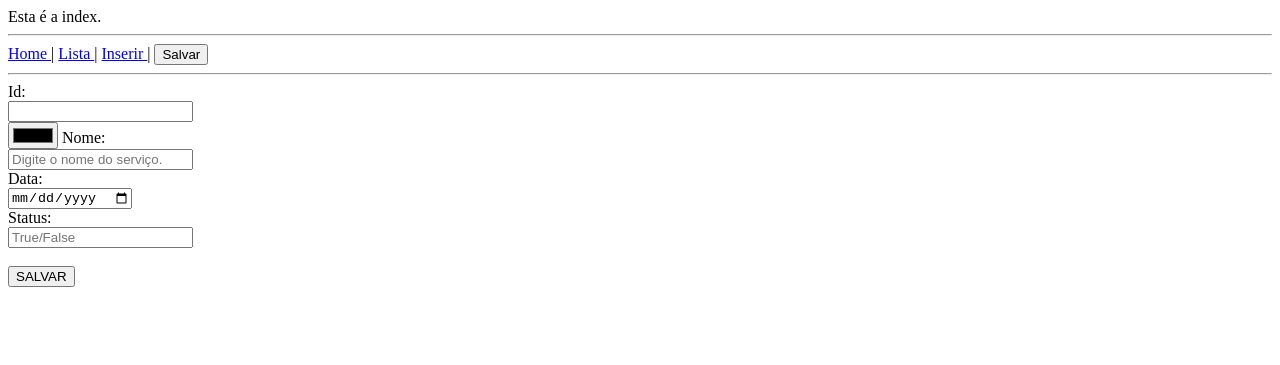
Repository: vivian-nakano/Projetos-Spring
Page: webmvc/src/main/resources/index.html
An editor plug-in stored every save of this project. The page is shown before and after the next save, followed by the edit.
The browser window is 1280 px wide. The pictures show the whole page.
Some web libraries are served in a nearby version.

Above is the page before, as saved 2020-11-05 12:52:50.

### webmvc/src/main/resources/index.html
<!DOCTYPE html>
<html>
<head>
<meta charset="ISO-8859-1">
<title>Insert title here</title>

<script src="https://ajax.googleapis.com/ajax/libs/angularjs/1.6.9/angular.min.js"></script>
<!--faz veiculação com angular-->
<script src="controller.js"></script>

</head>
<body>

	Esta é a index.
	<hr>

	<a href="index.html"> Home </a> |
	<a href="lista.html"> Lista </a> |
	<a href="inserir.html"> Inserir </a> |
	<a href="inserir.html"> <button>Salvar</button></a>

	<hr>
	<form>
	Id: <br><input type="number" ng-model="id" readonly> <br>
	<input type="color">
	Nome: <br><input type="text" ng-model="nome" size="20" placeholder="Digite o nome do serviço."> <br>
	Data: <br><input type="date" ng-model="data" required> <br>
	Status: <br><input type="text" ng-model="pago" placeholder="True/False"> <br>
	<br>
	<!--<input type="submit"> -->
	<button ng-click="save"> SALVAR </button>

	</form>

</body>
</html>

Loaded but not shown: webmvc/src/main/resources/static/controller.js (no copy from this time; the picture is the same without it)

After the next save:
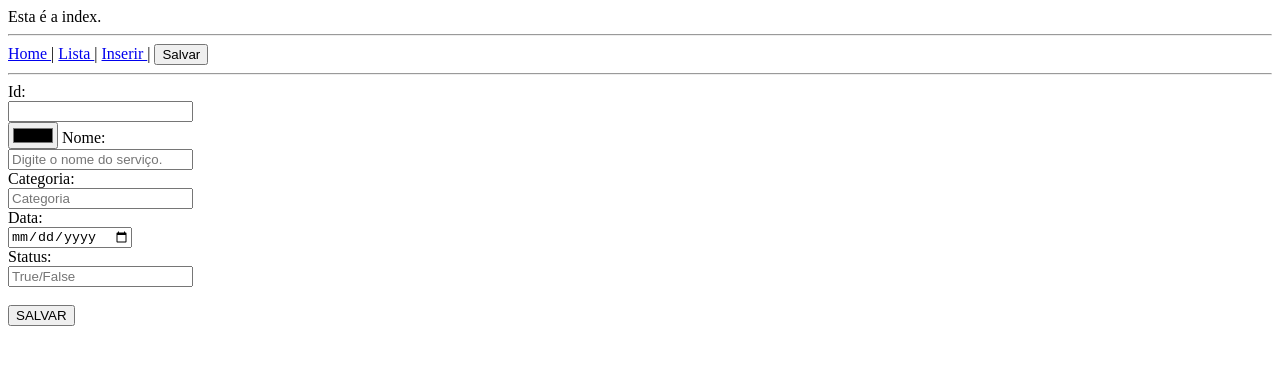
Saved 2 min 3 s later.
--- a/webmvc/src/main/resources/index.html
+++ b/webmvc/src/main/resources/index.html
@@ -24,6 +24,7 @@
 	Id: <br><input type="number" ng-model="id" readonly> <br>
 	<input type="color">
 	Nome: <br><input type="text" ng-model="nome" size="20" placeholder="Digite o nome do serviço."> <br>
+	Categoria: <br><input type="text" ng-model="categoria" size="20" placeholder="Categoria"> <br>
 	Data: <br><input type="date" ng-model="data" required> <br>
 	Status: <br><input type="text" ng-model="pago" placeholder="True/False"> <br>
 	<br>
